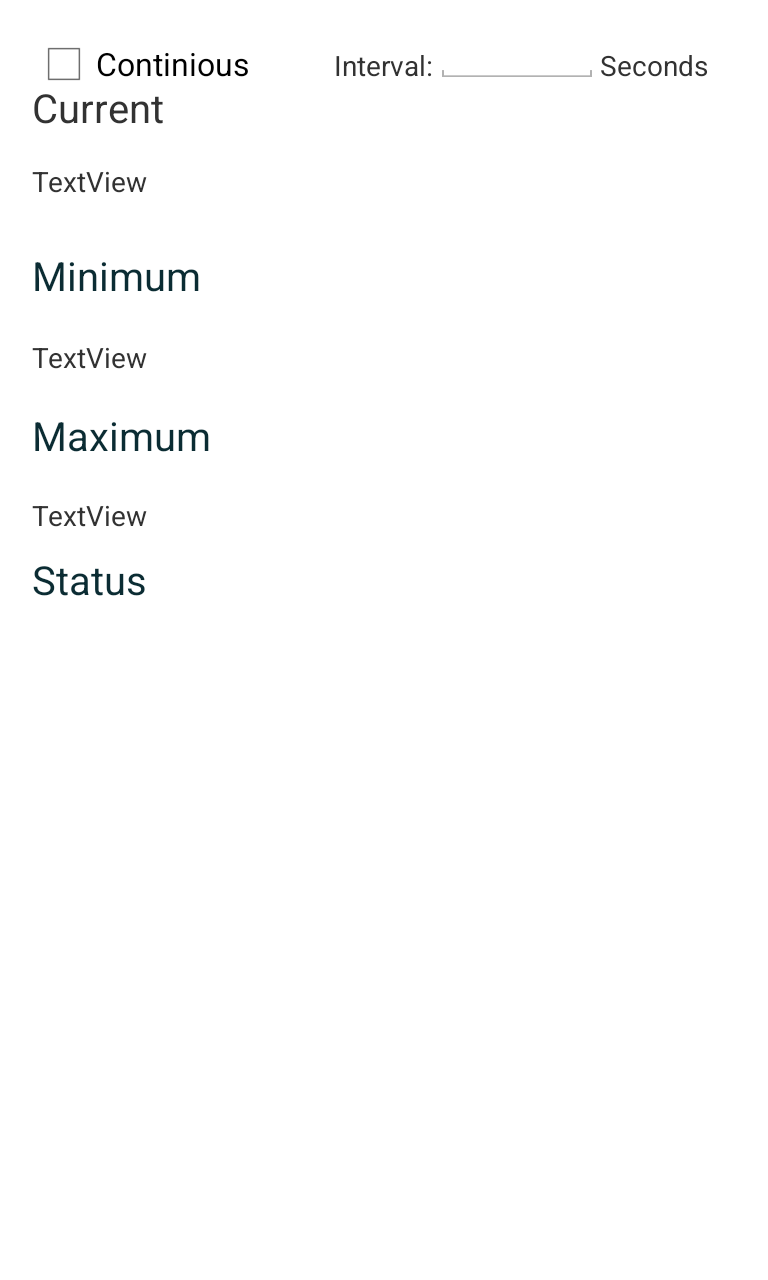
Repository: CTIS-SP-Team5/greenAgent
Layout: Android/GreenAgent/GreenAgent/res/layout/activity_sensor.xml
The author's editor kept a copy of each file at every save. The layout is drawn from the files as they stood at one save, then again after the next save.
It is drawn on a 768 x 1280 px phone screen (xhdpi) without system bars, with theme AppTheme; the app's code is not run.

Above is the layout before, as saved 2014-05-05 14:29:23.

After the next save:
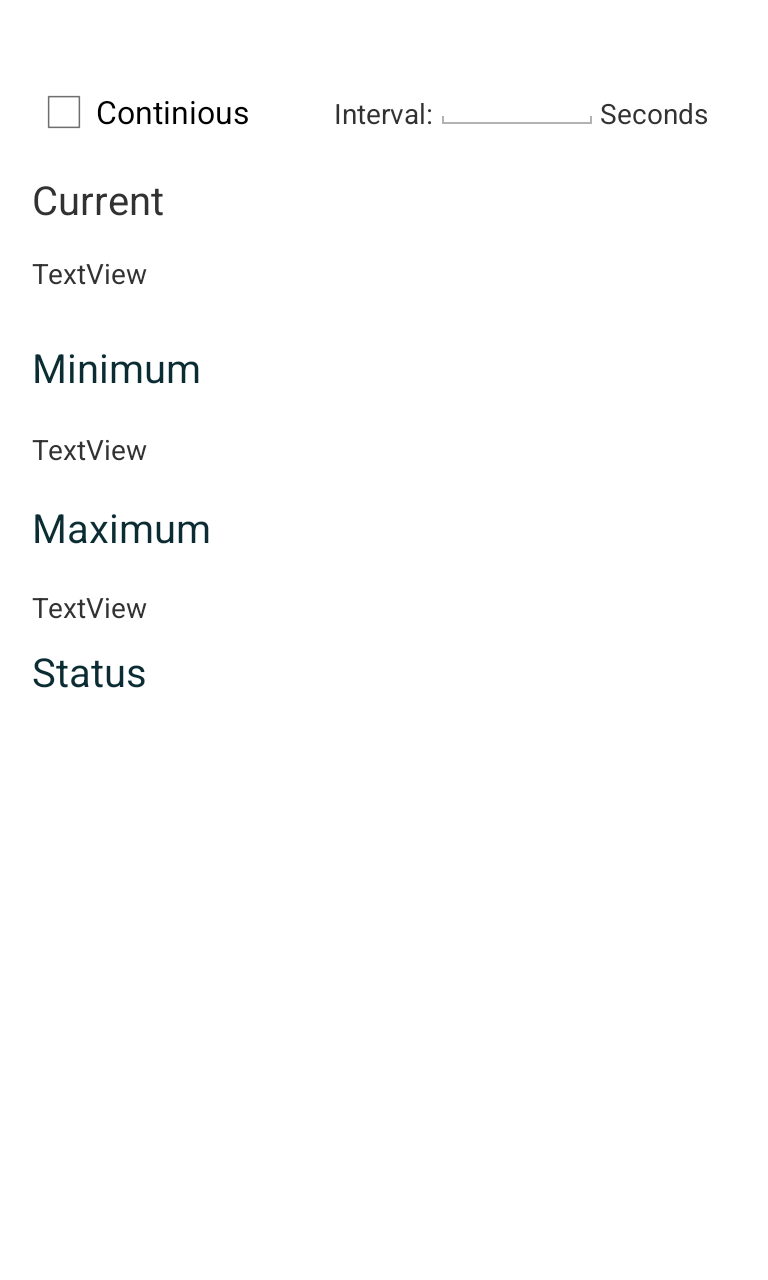
Saved 52 s later.
--- a/Android/GreenAgent/GreenAgent/res/layout/activity_sensor.xml
+++ b/Android/GreenAgent/GreenAgent/res/layout/activity_sensor.xml
@@ -7,16 +7,6 @@
     android:paddingRight="@dimen/activity_horizontal_margin"
     android:paddingTop="@dimen/activity_vertical_margin"
     tools:context=".SensorActivity" >
-
-
-
-    <CheckBox
-        android:id="@+id/Continious"
-        android:layout_width="wrap_content"
-        android:layout_height="wrap_content"
-        android:layout_alignParentLeft="true"
-        android:layout_alignParentTop="true"
-        android:text="Continious" />
 
     <TextView
         android:id="@+id/Interval"
@@ -46,20 +36,6 @@
         android:layout_alignParentRight="true"
         android:layout_marginRight="14dp"
         android:text="Seconds" />
-
-
-
-
-
-
-    <TextView
-        android:id="@+id/textView2"
-        android:layout_width="wrap_content"
-        android:layout_height="wrap_content"
-        android:layout_alignParentTop="true"
-        android:layout_marginTop="24dp"
-        android:text="Current"
-        android:textSize="20dp" />
 
       <TextView
           android:id="@+id/textView7"
@@ -131,4 +107,23 @@
           android:layout_marginTop="17dp"
           android:editable="false" />
 
+      <TextView
+          android:id="@+id/textView2"
+          android:layout_width="wrap_content"
+          android:layout_height="wrap_content"
+          android:layout_alignLeft="@+id/Continious"
+          android:layout_below="@+id/Continious"
+          android:layout_marginTop="14dp"
+          android:text="Current"
+          android:textSize="20dp" />
+
+      <CheckBox
+          android:id="@+id/Continious"
+          android:layout_width="wrap_content"
+          android:layout_height="wrap_content"
+          android:layout_alignParentLeft="true"
+          android:layout_alignParentTop="true"
+          android:layout_marginTop="24dp"
+          android:text="Continious" />
+
 </RelativeLayout>
